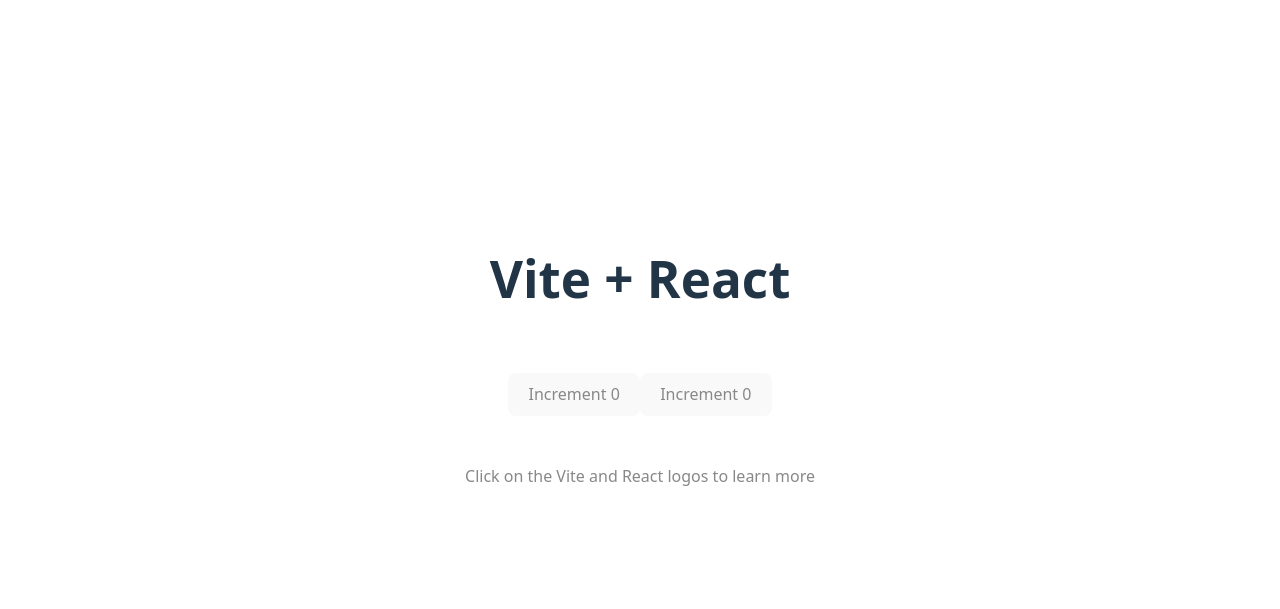
Repository: Mehebul02/coding-test
Page: /
An editor plug-in stored every save of this project. The page is shown before and after a run of saves, followed by the edit.
The browser window is 1280 px wide. The pictures show the whole page.
The project was rebuilt for these pictures with package versions that can differ from the ones it lists, and the page was loaded fresh each time. Also part of the build but not shown: vite.config.ts.

Above is the page before, as saved 2026-02-05 21:28:04.

### index.html
<!doctype html>
<html lang="en">
  <head>
    <meta charset="UTF-8" />
    <link rel="icon" type="image/svg+xml" href="/vite.svg" />
    <meta name="viewport" content="width=device-width, initial-scale=1.0" />
    <title>coding-test</title>
  </head>
  <body>
    <div id="root"></div>
    <script type="module" src="/src/main.tsx"></script>
  </body>
</html>

### src/App.tsx
import { useState } from 'react'
import './App.css'

function App() {
  const [count, setCount] = useState(0)
  return (
    <>
      <div>
      </div>
      <h1>Vite + React</h1>
      <div className="card flex gap-6">
        <button>
          <span className="read-the-docs">
           Increment {count}
          </span>
        </button>
         <button>
          <span className="read-the-docs">
           Increment {count}
          </span>
        </button>

      </div>
      <p className="read-the-docs">
        Click on the Vite and React logos to learn more
      </p>
    </>
  )
}

export default App

Loaded but not shown: src/main.tsx (common file); src/index.css (common file); src/App.css (common file)

After the next 6 saves:
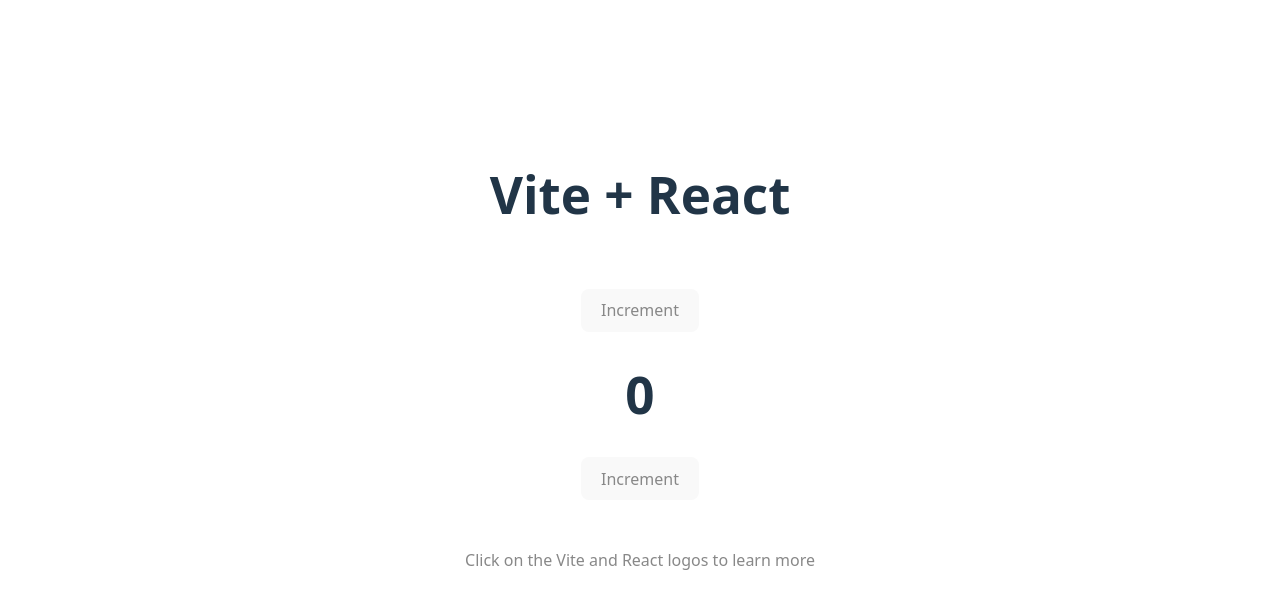
The 6 saves are shown as one change because they came seconds apart.
The last was saved 116 s later.
--- a/src/App.tsx
+++ b/src/App.tsx
@@ -11,12 +11,13 @@
       <div className="card flex gap-6">
         <button>
           <span className="read-the-docs">
-           Increment {count}
+           Increment
           </span>
         </button>
+        <h1> {count} </h1>
          <button>
           <span className="read-the-docs">
-           Increment {count}
+           Increment
           </span>
         </button>
 
